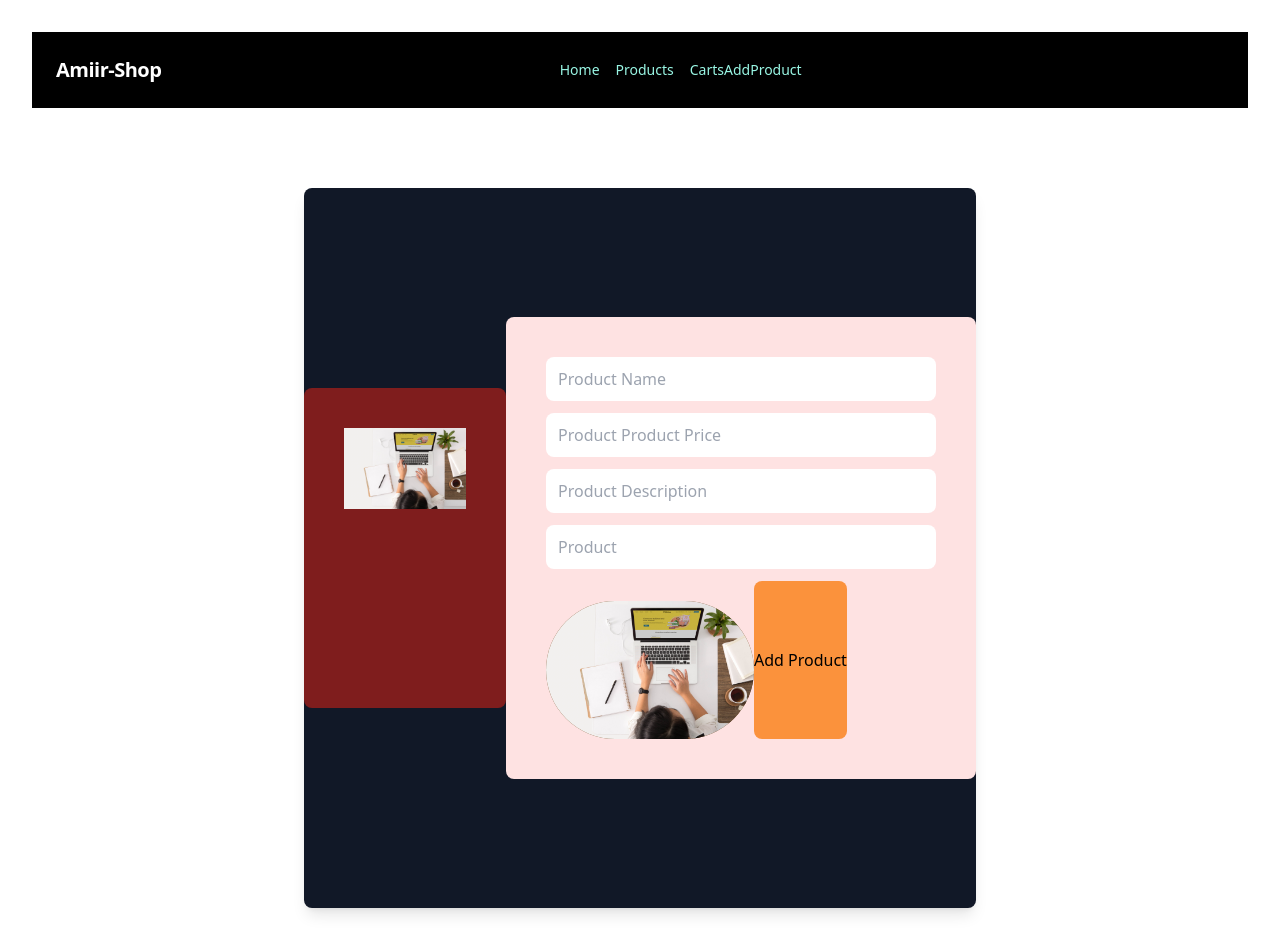
Repository: ENG-AMIIR-MUSE/ECommerce-app-using-react
Page: /addProducts
An editor plug-in stored every save of this project. The page is shown before and after the next save, followed by the edit.
The browser window is 1280 px wide. The pictures show the whole page.
The page's requests for data from a server got no answer. The project was rebuilt for these pictures with package versions that can differ from the ones it lists, and the page was loaded fresh each time. No one was signed in, and anything a server would have sent is missing. Also part of the build but not shown: vite.config.js, src/Components/productList.js, src/Components/productCard.js.

Above is the page before, as saved 2023-06-24 19:51:05.

### src/main.jsx
import React from 'react'
import ReactDOM from 'react-dom/client'
import App from './App.jsx'
import './index.css'

import { BrowserRouter }  from 'react-router-dom'



ReactDOM.createRoot(document.getElementById('root')).render(
  <React.StrictMode>
    <BrowserRouter>
    <App />
    </BrowserRouter>

  </React.StrictMode>,

)

### src/App.jsx
import { useEffect } from 'react'
import { useState } from 'react'
import axios from 'axios'
import ProductList from './Components/ProductList'
import ProductCard from './Components/ProductCard'

import './App.css'

import {NavBar} from './Components/NavBar'
import {  Routes,Route } from 'react-router-dom'

import AddProduct from './Components/AddProduct'

function App() {
const [products,setProducts] =  useState([])

useEffect(()=>{
  axios.get('https://fakestoreapi.com/products')
  .then((response)=>{
    // console.log(response)
   setProducts(response.data)
  }).catch((er)=>{
    console.log(er.response)
  })

})

  return (
    <>

    {/* {console.log(products)} */}
    <NavBar/>

    {/* <ProductCard/> */}
    <Routes>
    <Route path="/"/>
    <Route path="/products" element={<ProductList products ={products}/>}/>

    <Route path="/products/:id" element={<ProductCard products = {products}/>}/>
  <Route path="/addProducts/" element={<AddProduct/>}/>
  </Routes>
    </>


  )


}

export default App

### src/Components/NavBar.jsx
import React from 'react'
import {Link } from 'react-router-dom'
 export function NavBar() {
  return (
    <>
    <nav className=" items-center justify-between flex-wrap bg-black p-6 mb-20 h-auto p-5">
  <div className="flex items-center flex-shrink-0 text-white mr-6">

    <span className="font-semibold text-xl tracking-tight">Amiir-Shop</span>


  <div className="w-full block flex-grow lg:flex lg:items-center lg:w-auto">
    <div className="text-sm lg:flex-grow">
      <Link to="/" className="block mt-4 lg:inline-block lg:mt-0 text-teal-200 hover:text-white mr-4">
        Home
      </Link>
      <Link to="/products" className="block mt-4 lg:inline-block lg:mt-0 text-teal-200 hover:text-white mr-4">
        Products
      </Link>
      <Link to="/carts" className="block mt-4 lg:inline-block lg:mt-0 text-teal-200 hover:text-white">
        Carts
      </Link>
      <Link to="/addProducts" className="block mt-4 lg:inline-block lg:mt-0 text-teal-200 hover:text-white">
        AddProduct
      </Link>
    </div>

  </div>
  </div>
</nav>
    </>
  )

 }

### src/Components/AddProduct.jsx
import React from "react";
import reactsvg from '../assets/weImage.jpg'
const  AddProduct = ()=>{

    return(

        <div  className="bg-gray-900 mt-0  text-black  min-h-screen flex flex-col lg:flex-row lg:max-w-2xl  max-w-sm mx-auto justify-center items-center  shadow-lg rounded-lg ">
          <div className="w-96 rounded-lg mx-auto  bg-red-900  m-5 h-80 p-10">
           <img src= {reactsvg}  alt="missing-product-image"/>
          </div>
          <div className="mx-auto p-10 m-10 rounded-lg bg-red-100">
          <form className="space-y-3">

           <input type="text"placeholder="Product Name" className="w-full  rounded-lg h-11  pl-3"/>
          <input type="text"placeholder="Product Product Price" className="w-full rounded-lg h-11  pl-3"/>
          <input type="text"placeholder="Product Description" className="w-full rounded-lg h-11  pl-3"/>
           <input type="text" placeholder="Product"className="w-full rounded-lg h-11 pl-3 "/>
           <div className="flex felx-row">
             <img src={reactsvg} alt="" className="rounded-full w-52 mt-5  max-w-md  object-contain bg-yellow-900" />
             <input type="submit" className = "rounded-lg bg-orange-400 padding"value="Add Product"/>
           </div>
          </form>
          </div>
        </div>
    )
}
export default AddProduct;

Loaded but not shown: index.html (common file); src/index.css (common file); src/App.css (common file); tailwind.config.js (common file)

After the next save:
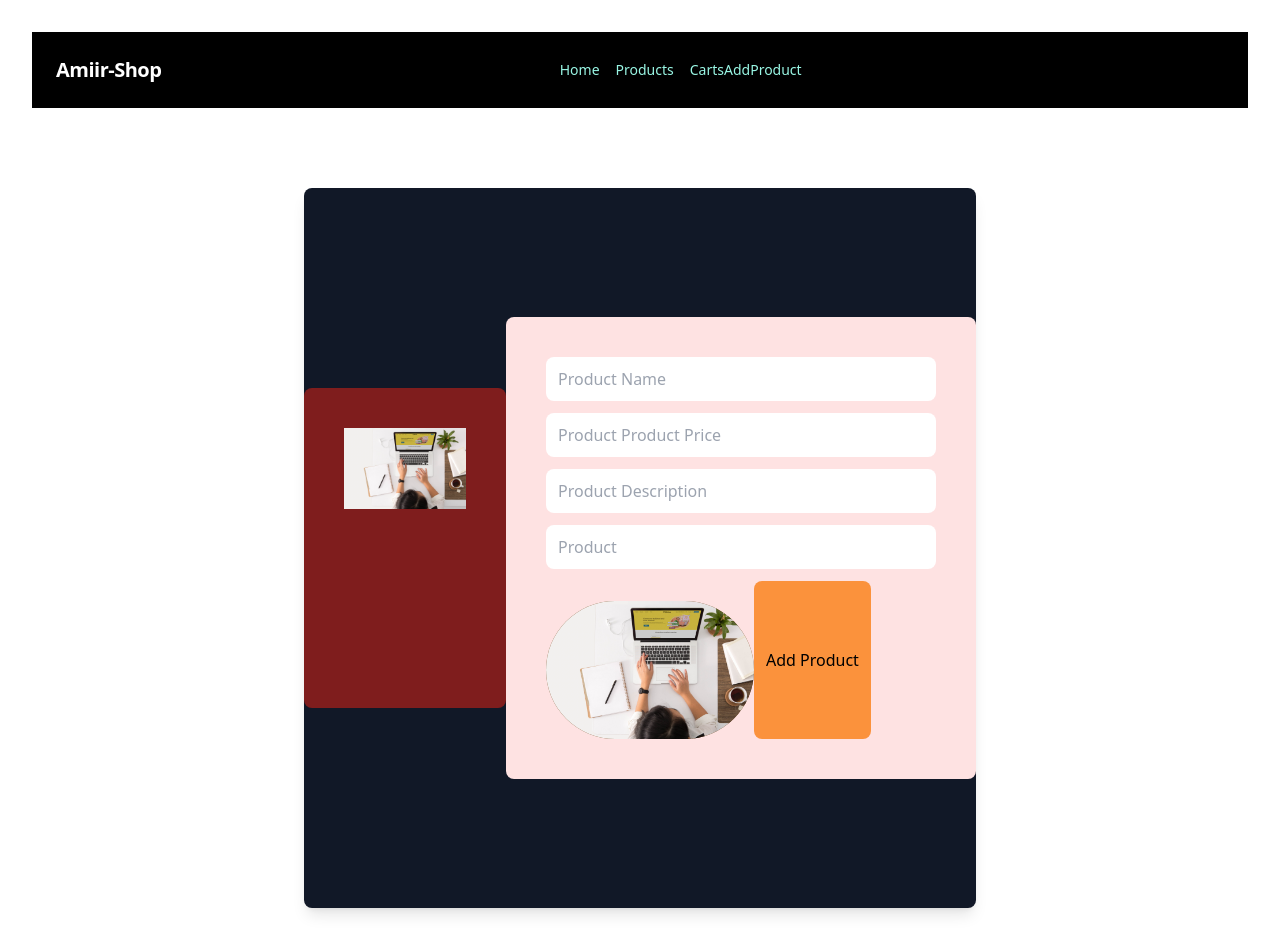
Saved 4 s later.
--- a/src/Components/AddProduct.jsx
+++ b/src/Components/AddProduct.jsx
@@ -17,7 +17,7 @@ const  AddProduct = ()=>{
            <input type="text" placeholder="Product"className="w-full rounded-lg h-11 pl-3 "/>
            <div className="flex felx-row">
              <img src={reactsvg} alt="" className="rounded-full w-52 mt-5  max-w-md  object-contain bg-yellow-900" />
-             <input type="submit" className = "rounded-lg bg-orange-400 padding"value="Add Product"/>
+             <input type="submit" className = "rounded-lg bg-orange-400 p-3"value="Add Product"/>
            </div>
           </form>
           </div>
